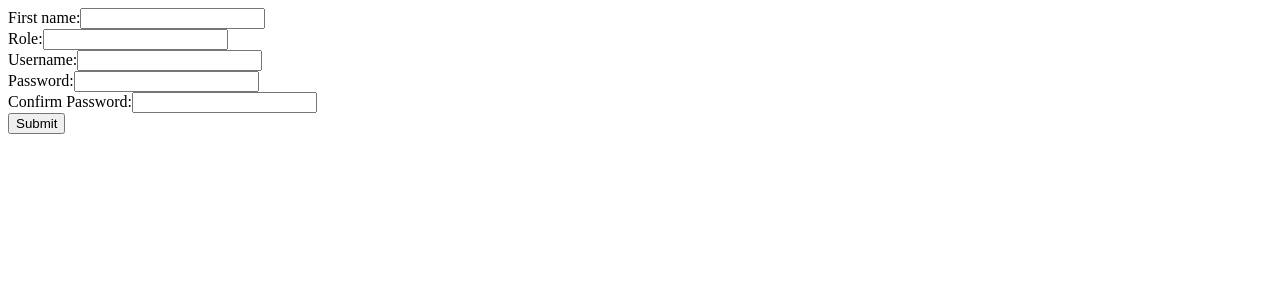
Repository: Shveta625/EmfRepository
Page: http://localhost/UserRegistration/RegisterUser.jsp
These files come from the project's save history. The page is drawn as it stood at one moment and after a run of saves; the edit follows.
The browser window is 1280 px wide. The pictures show the whole page.
The page is served by Tomcat 9. Other server files are loaded and not shown.

Above is the page before, as saved 2017-11-09 09:36:04.

### UserRegistration/WebContent/RegisterUser.jsp
<%@ page language="java" contentType="text/html; charset=UTF-8"
	pageEncoding="UTF-8"%>
<jsp:useBean id="obj" class="bean.UserBean"/>
<!DOCTYPE html PUBLIC "-//W3C//DTD HTML 4.01 Transitional//EN" "http://www.w3.org/TR/html4/loose.dtd">
<html>
<head>
<meta http-equiv="Content-Type" content="text/html; charset=UTF-8">
<title>Insert title here</title>
</head>
<body>

	<script>
		function validate() {
			alert( document.getElementById("firstName").value);
			var name =  document.getElementById("firstName").value;
			var username =  document.getElementById("username").value;
			var pwd =  document.getElementById("password").value;
			var confPwd = document.getElementById("confPassword").value;
			if (firstName == null || firstName == "") {
				alert("FirstName can't be blank");
				return false;
			} else if (username == null || username == "") {
				alert("Username can't be blank");
				return false;
			} else if (pwd.length < 6) {
				alert("Password must be at least 6 characters long.");
				return false;
			} else if (pwd != confPwd) {
				alert("Confirm Password should match with the Password");
				return false;
			}
		}
	</script>

	<script>
		function showForm(a) {
			if (a == document.getElementById("form2")) {
				alert("abc: " + document.getElementById("form2").style.display == "none");
				document.getElementById("form1").style.display = "none";
				document.getElementById("form2").style.display = "block";
			} else {
				document.getElementById("form2").style.display = "none";
				document.getElementById("form3").style.display = "block";
			}

			alert("after: " + document.getElementById("form2").style.display == "none");
		}
	</script>

	<form id="form" action="RegisterUserServlet" method="post"
		onsubmit="return validate()">
		First name:<input type="text" id="firstName" name="firstName"> <br>
		Role:<input type="text" id="role" name="role"> <br>
		Username:<input type="text" id="username" name="username"> <br>
		Password:<input type="password" id="password" name="password"> <br>
		Confirm Password:<input type="password" id="confPassword" name="confPassword"> <br>
		<input type="Submit" value="Submit">
	</form>

</body>
</html>

### UserRegistration/src/bean/UserBean.java
package bean;

import java.util.Date;

public class UserBean {
//	enum Role{
//		ADMIN, USER;
//	}
	String firstName;
	String lasttName;
	String email;
	String address;
	String phone;
	String username;
	String password;
	Date dob;
	String role;
	int age;


	public int getAge() {
		return age;
	}
	public void setAge(int age) {
		this.age = age;
	}
	public String getFirstName() {
		return firstName;
	}
	public void setFirstName(String firstName) {
		this.firstName = firstName;
	}
	public String getLasttName() {
		return lasttName;
	}
	public void setLasttName(String lasttName) {
		this.lasttName = lasttName;
	}
	public String getEmail() {
		return email;
	}
	public void setEmail(String email) {
		this.email = email;
	}
	public String getAddress() {
		return address;
	}
	public void setAddress(String address) {
		this.address = address;
	}
	public String getPhone() {
		return phone;
	}
	public void setPhone(String phone) {
		this.phone = phone;
	}
	public String getUsername() {
		return username;
	}
	public void setUsername(String username) {
		this.username = username;
	}
	public String getPassword() {
		return password;
	}
	public void setPassword(String password) {
		this.password = password;
	}
	public Date getDob() {
		return dob;
	}
	public void setDob(Date dob) {
		this.dob = dob;
	}
	public String getRole() {
		return role;
	}
	public void setRole(String role) {
		this.role = role;
	}

}

After the next 2 saves:
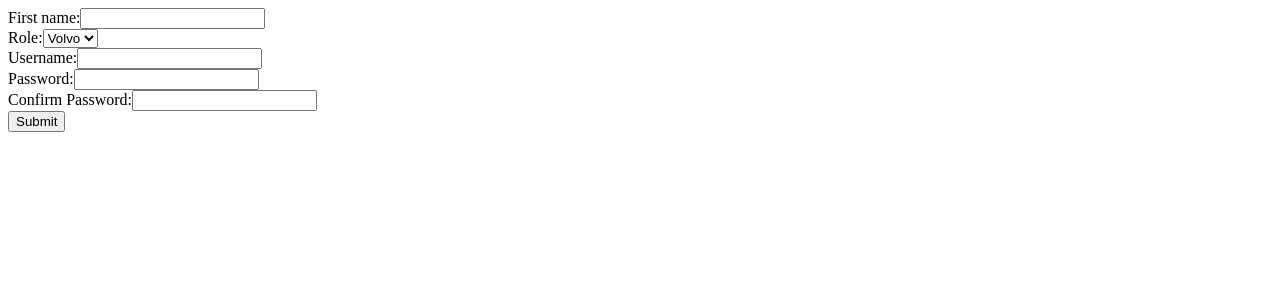
The 2 saves are shown as one change because they came seconds apart.
The last was saved 3 min 35 s later.
--- a/UserRegistration/WebContent/RegisterUser.jsp
+++ b/UserRegistration/WebContent/RegisterUser.jsp
@@ -1,6 +1,6 @@
 <%@ page language="java" contentType="text/html; charset=UTF-8"
 	pageEncoding="UTF-8"%>
-<jsp:useBean id="obj" class="bean.UserBean"/>
+<jsp:useBean id="obj" class="bean.UserBean" />
 <!DOCTYPE html PUBLIC "-//W3C//DTD HTML 4.01 Transitional//EN" "http://www.w3.org/TR/html4/loose.dtd">
 <html>
 <head>
@@ -11,10 +11,10 @@
 
 	<script>
 		function validate() {
-			alert( document.getElementById("firstName").value);
-			var name =  document.getElementById("firstName").value;
-			var username =  document.getElementById("username").value;
-			var pwd =  document.getElementById("password").value;
+			alert(document.getElementById("firstName").value);
+			var name = document.getElementById("firstName").value;
+			var username = document.getElementById("username").value;
+			var pwd = document.getElementById("password").value;
 			var confPwd = document.getElementById("confPassword").value;
 			if (firstName == null || firstName == "") {
 				alert("FirstName can't be blank");
@@ -49,11 +49,14 @@
 
 	<form id="form" action="RegisterUserServlet" method="post"
 		onsubmit="return validate()">
-		First name:<input type="text" id="firstName" name="firstName"> <br>
-		Role:<input type="text" id="role" name="role"> <br>
-		Username:<input type="text" id="username" name="username"> <br>
-		Password:<input type="password" id="password" name="password"> <br>
-		Confirm Password:<input type="password" id="confPassword" name="confPassword"> <br>
+		First name:<input type="text" id="firstName" name="firstName">
+		<br> Role:<select>
+			<option value="admin">Volvo</option>
+			<option value="user">Saab</option>
+		</select> <br> Username:<input type="text" id="username" name="username">
+		<br> Password:<input type="password" id="password"
+			name="password"> <br> Confirm Password:<input
+			type="password" id="confPassword" name="confPassword"> <br>
 		<input type="Submit" value="Submit">
 	</form>
 
